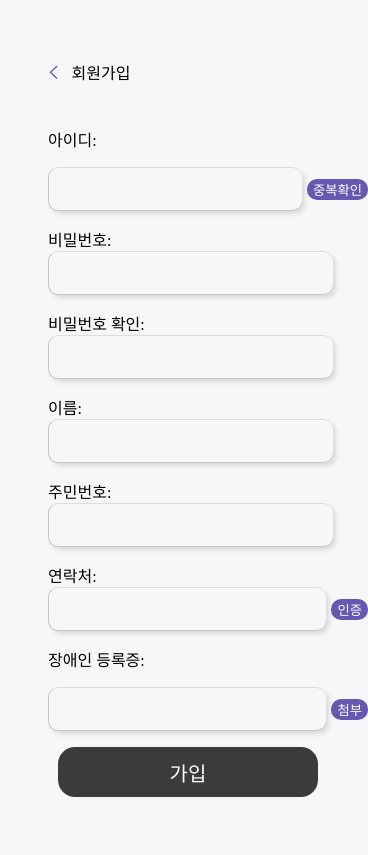
Repository: PEPI-dev/UI
Page: regist/regist.html
These files come from the project's save history. The page is drawn as it stood at one moment and after the next save; the edit follows.
The browser window is 360 px wide. The page is 368 px wide, so the pictures cover 368 px, including what lies to the right of the window. The pictures show the whole page.
Some web fonts or font styles are not loaded; a fallback is used.

Above is the page before, as saved 2023-12-04 18:05:45.

### regist/regist.html
<!DOCTYPE html>
<html lang="en">
<head>
    <meta charset="UTF-8">
    <meta name="viewport" content="width=device-width, initial-scale=1.0">
    <title>회원가입</title>
    <link rel="stylesheet" href="./regist.css">
    <link rel ="stylesheet" type="text/css" href="../a_XEIcon-2.2.0/xeicon.min.css">
</head>
<body>

    <div id="div_back"><i class="xi-angle-left" id="back"></i><p id="txt_login">회원가입</p></div>

    <form class="form_class" action="#">
        <ul class="input_ul">

        <p class="input_form"><label for="ID" class="txt_input">아이디:</label>
            <div class="form1"><input class="field" id="ID"><button class="btn_inside" id="id_check">중복확인</button></input></div></p>

        <p class="input_form"><label for="password" class="txt_input">비밀번호:</label><input class="field" id="password" type="password"></input></p>
        <p class="input_form"><label for="check_password" class="txt_input">비밀번호 확인:</label><input class="field" id="check_password" type="password" ></input></p>

        <p class="input_form" id="name_input" ><label for="name" class="txt_input">이름: </label><input class="field" id="name" type="text"></input></p>

        <p class="input_form"><label for="rrn" class="txt_input">주민번호:</label><input class="field" id="rrn" type="text"></input></p>

        <div class="input_form"><label for="tel" class="txt_input">연락처:</label>
            <div class="form1"><input class="field" id="tel" type="text"><button class="btn_inside" id="phone_check">인증</button></input></div></p>

        <p class="input_form"><label for="disability_card" class="txt_input">장애인 등록증:</label> <div class="form1"><input class="field" id="disability_card" type="text"><button class="btn_inside" id="card_check">첨부</button></input></div> </p>

        </ul>
        <button id="join">가입</button>

        <div id="space"></div>
    </form>

</body>
</html>

### regist/regist.css
@font-face {
    font-family: 'main_font';
    src: url(../a_font/NotoSansKR-VariableFont_wght.ttf);
    font-weight: 500;
}

@font-face {
    font-family: 'sub_font';
    src: url(../a_font/SEBANG/SEBANG\ Gothic.ttf);
}



body {
    width: 100%;
    background-color: #F7F7F9;
    display: flex;
    flex-direction: column;
    align-items: center;
}

/* 뒤로가기 버튼 */
.xi-angle-left {
    color: #6658B1;
}

#txt_login {
    font-family: 'main_font';
}

#div_back {
    display: flex;
    align-items: center;
    margin-bottom: 10px;
}

#back {
    border: none;
    background: none;
    cursor: pointer;
    margin-right: 10px;
}

.field {
    width: 280px;
    height: 40px;
    border-radius: 10px;
    box-shadow: 3px 3px 5px rgba(0, 0, 0, 0.12);
    background-color: #F7F7F9;
    border-width: 0;
    outline: none;
    border: none;
    border-top: 0.2px solid rgba(0, 0, 0, 0.1);
    border-left: 0.5px solid rgba(0, 0, 0, 0.2);
    border-bottom: 0.5px solid rgba(0, 0, 0, 0.2);
}

.txt_input{
    font-family: 'main_font';
}

#join {
    background-color: #3b3a3d;
    color: white;
    border: 1px solid #E1E1E1;
    font-family: 'main_font';
    font-size: 20px;
    font-weight: 500;
    border-radius: 17px;
    border: 0px;
    width: 277px;
    height: 50px;
}

.btn_inside{
    background-color: #6658B1;
    color: white;
    border: 1px solid #E1E1E1;
    font-family: 'main_font';
    font-weight: 500;
    border-radius: 10px;
    border: 0px;

}



@media screen and (max-width: 360px) {

    /* 뒤로가기 */
    #div_back {
        padding: 1px;
        margin-top: 35px;
        margin-right: 200px;
    }

    .input_form{

        margin-top: 5px;
    }

    .form1 {
        display: flex;
        align-items: center;
    }

    .field {
        flex: 1;
        height: 40px;
        border-radius: 10px;
        box-shadow: 3px 3px 5px rgba(0, 0, 0, 0.12);
        background-color: #F7F7F9;
        border-width: 0;
        outline: none;
        border: none;
        border-top: 0.2px solid rgba(0, 0, 0, 0.1);
        border-left: 0.5px solid rgba(0, 0, 0, 0.2);
        border-bottom: 0.5px solid rgba(0, 0, 0, 0.2);
        margin-right: 5px; /* 각 입력란 사이의 간격 조절 */
    }

    .name_input {
        flex-direction: row;
        align-items: center;
    }

    #join{
        width: 260px;
        height: 50px;
        margin-left: 50px;
    }

    #space{
        margin-bottom: 50px;
    }

}

Loaded but not shown: a_XEIcon-2.2.0/xeicon.min.css (library)

After the next save:
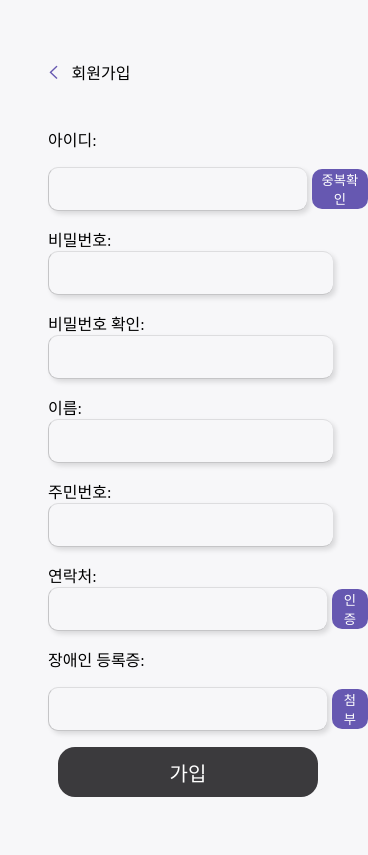
Saved 4 s later.
--- a/regist/regist.css
+++ b/regist/regist.css
@@ -105,17 +105,6 @@ body {
     }
 
     .field {
-        flex: 1;
-        height: 40px;
-        border-radius: 10px;
-        box-shadow: 3px 3px 5px rgba(0, 0, 0, 0.12);
-        background-color: #F7F7F9;
-        border-width: 0;
-        outline: none;
-        border: none;
-        border-top: 0.2px solid rgba(0, 0, 0, 0.1);
-        border-left: 0.5px solid rgba(0, 0, 0, 0.2);
-        border-bottom: 0.5px solid rgba(0, 0, 0, 0.2);
         margin-right: 5px; /* 각 입력란 사이의 간격 조절 */
     }
 
